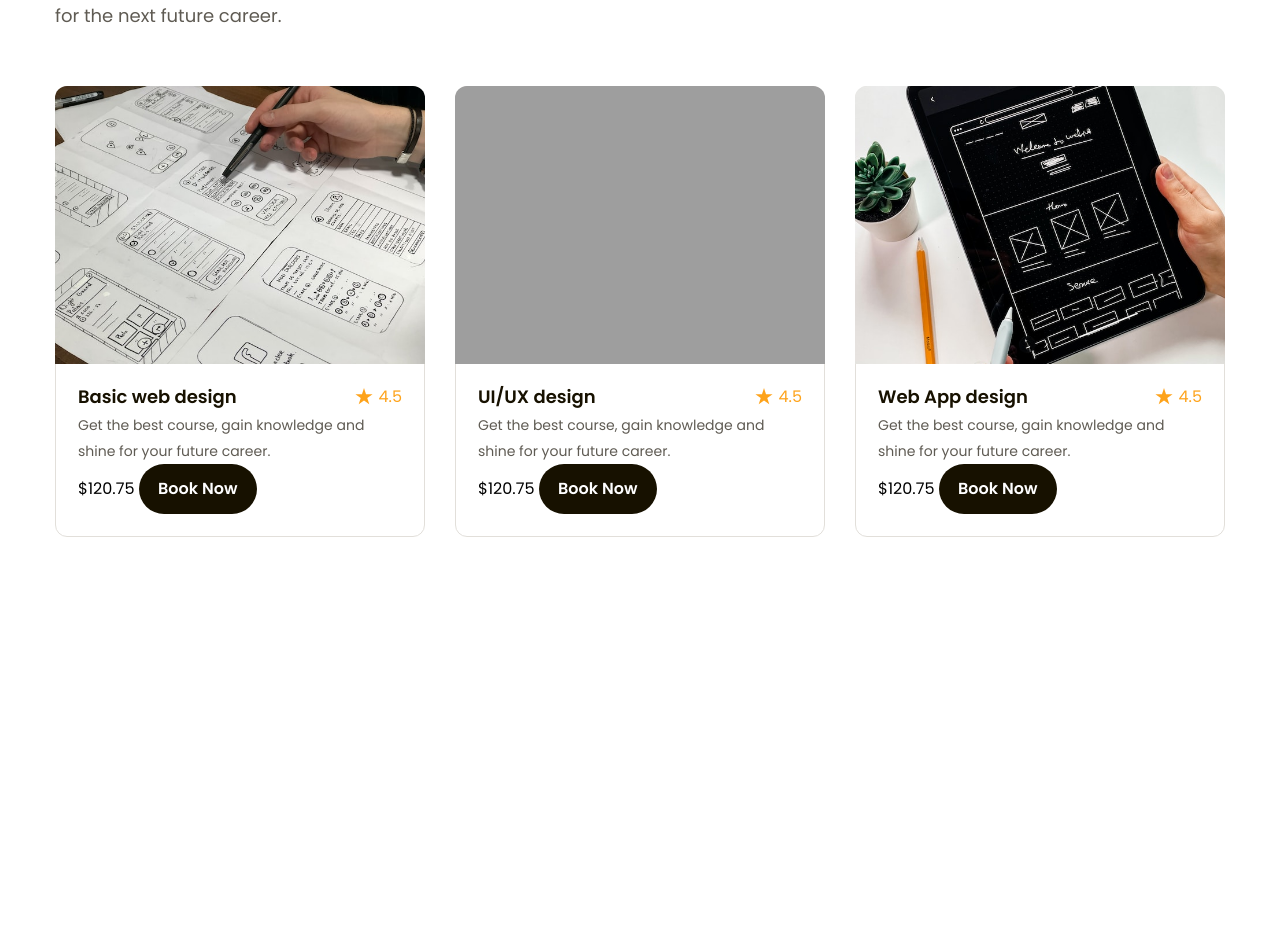
Repository: Tran-Dat/F8-Project-02
Page: index.html
The author's editor kept a copy of each file at every save. The page is drawn from the files as they stood at one save, then again after the next save.
The browser window is 1280 px wide. The pictures show the part of the page from y = 1193 to 2145 px (the page is 3000 px tall).
Pictures or frames that could not be fetched are drawn as grey boxes. A picture or video elsewhere on the page could not be fetched, so the positions and the page height are approximate.

Above is the page before, as saved 2023-03-30 18:42:23.

### index.html
<!DOCTYPE html>
<html lang="en">
    <head>
        <meta charset="UTF-8" />
        <meta http-equiv="X-UA-Compatible" content="IE=edge" />
        <meta name="viewport" content="width=device-width, initial-scale=1.0" />
        <title>F8 Project 02</title>
        <!-- reset css -->
        <link rel="stylesheet" href="assets/css/reset.css" />

        <!-- Font gg -->
        <link rel="preconnect" href="https://fonts.googleapis.com" />
        <link rel="preconnect" href="https://fonts.gstatic.com" crossorigin />
        <link
            href="https://fonts.googleapis.com/css2?family=Poppins:ital,wght@0,400;0,500;0,600;0,700;1,400&family=Sen:wght@700&display=swap"
            rel="stylesheet"
        />

        <!-- styles css -->
        <link rel="stylesheet" href="assets/css/styles.css" />
    </head>
    <body>
        <main style="height: 3000px">
            <!-- Header -->
            <header class="header fixed">
                <div class="main-content">
                    <div class="body">
                        <!-- Logo -->
                        <img
                            src="./assets/img/Logo-Lesson.svg"
                            alt="Lesseon"
                            class="logo"
                        />

                        <!-- Nav -->
                        <nav class="nav">
                            <ul>
                                <li class="active">
                                    <a href="#!">Home</a>
                                </li>
                                <li>
                                    <a href="#!">Courses</a>
                                </li>
                                <li>
                                    <a href="#!">Pricing</a>
                                </li>
                                <li>
                                    <a href="#!">Reviews</a>
                                </li>
                            </ul>
                        </nav>

                        <!-- ACtion -->
                        <div class="action">
                            <a href="#!" class="btn sign-up-btn">sign up</a>
                        </div>
                    </div>
                </div>
            </header>

            <!-- Hero -->
            <div class="hero">
                <div class="main-content">
                    <div class="body">
                        <!-- hero left -->
                        <div class="media-block">
                            <img
                                src="./assets/img/Hero-img.jpg"
                                alt="Learn without limits and spread knowledge."
                                class="img"
                            />

                            <div class="hero-summary">
                                <!-- Item 1 -->
                                <div class="item">
                                    <div class="icon">
                                        <img
                                            src="./assets/icon/list.svg"
                                            alt=""
                                        />
                                    </div>
                                    <div class="info">
                                        <p class="lable">20 Courses</p>
                                        <p class="title">UI/UX Design</p>
                                    </div>
                                </div>

                                <!-- Item 2 -->
                                <div class="item">
                                    <div class="icon">
                                        <img
                                            src="./assets/icon/code.svg"
                                            alt=""
                                        />
                                    </div>
                                    <div class="info">
                                        <p class="lable">20 Courses</p>
                                        <p class="title">Development</p>
                                    </div>
                                </div>

                                <!-- Item 3 -->
                                <div class="item">
                                    <div class="icon">
                                        <img
                                            src="./assets/icon/speaker.svg"
                                            alt=""
                                        />
                                    </div>
                                    <div class="info">
                                        <p class="lable">30 Courses</p>
                                        <p class="title">Marketing</p>
                                    </div>
                                </div>
                            </div>
                        </div>

                        <!-- hero right -->
                        <div class="content-block">
                            <h1 class="heading lv1">
                                Learn without limits and spread knowledge.
                            </h1>
                            <p class="desc">
                                Build new skills for that “this is my year”
                                feeling with courses, certificates, and degrees
                                from world-class universities and companies.
                            </p>
                            <div class="cta-group">
                                <a href="" class="btn hero-cta">See Courses</a>
                                <button class="watch-video">
                                    <div class="icon">
                                        <img
                                            src="./assets/icon/play.svg"
                                            alt=""
                                        />
                                    </div>
                                    <span>Watch Video</span>
                                </button>
                            </div>
                            <p class="desc">Recent engagement</p>
                            <p class="desc stats">
                                <strong>50K</strong> Students
                                <strong>70+</strong> Courses
                            </p>
                        </div>
                    </div>
                </div>
            </div>

            <!-- Popular -->
            <div class="popular">
                <div class="main-content">
                    <!-- Popular-top -->
                    <div class="popular-top">
                        <div class="info">
                            <h2 class="heading lv2">Our popular courses</h2>
                            <p class="desc">
                                Build new skills with new trendy courses and
                                shine for the next future career.
                            </p>
                        </div>
                        <div class="controls">
                            <button class="control-btn">
                                <svg
                                    width="8"
                                    height="14"
                                    viewBox="0 0 8 14"
                                    fill="none"
                                    xmlns="http://www.w3.org/2000/svg"
                                >
                                    <path
                                        d="M7 1L1 7L7 13"
                                        stroke="currentColor"
                                        stroke-linecap="round"
                                        stroke-linejoin="round"
                                    />
                                </svg>
                            </button>
                            <button class="control-btn">
                                <svg
                                    width="8"
                                    height="14"
                                    viewBox="0 0 8 14"
                                    fill="none"
                                    xmlns="http://www.w3.org/2000/svg"
                                >
                                    <path
                                        d="M1 1L7 7L1 13"
                                        stroke="currentColor"
                                        stroke-linecap="round"
                                        stroke-linejoin="round"
                                    />
                                </svg>
                            </button>
                        </div>
                    </div>

                    <!-- Course-bottom -->
                    <div class="course-list">
                        <!-- course-item 1 -->
                        <div class="course-item">
                            <img
                                src="./assets/img/course-1.jpg"
                                alt="Basic web design"
                                class="thumb"
                            />
                            <div class="info">
                                <!-- head-info-course -->
                                <div class="head">
                                    <h3 class="title">Basic web design</h3>
                                    <div class="rating">
                                        <img
                                            src="./assets/icon/Star.svg"
                                            alt="star"
                                            class="star"
                                        />
                                        <span class="value">4.5</span>
                                    </div>
                                </div>

                                <!-- p-info-course -->
                                <p class="desc">
                                    Get the best course, gain knowledge and
                                    shine for your future career.
                                </p>

                                <!-- foot-info-course -->
                                <div class="foot">
                                    <span class="price">$120.75</span>
                                    <div class="btn">Book Now</div>
                                </div>
                            </div>
                        </div>

                        <!-- course-item 2 -->
                        <div class="course-item">
                            <img
                                src="./assets/img/course-2.jpg"
                                alt="UI/UX design"
                                class="thumb"
                            />
                            <div class="info">
                                <!-- head-info-course -->
                                <div class="head">
                                    <h3 class="title">UI/UX design</h3>
                                    <div class="rating">
                                        <img
                                            src="./assets/icon/Star.svg"
                                            alt="star"
                                            class="star"
                                        />
                                        <span class="value">4.5</span>
                                    </div>
                                </div>

                                <!-- p-info-course -->
                                <p class="desc">
                                    Get the best course, gain knowledge and
                                    shine for your future career.
                                </p>

                                <!-- foot-info-course -->
                                <div class="foot">
                                    <span class="price">$120.75</span>
                                    <div class="btn">Book Now</div>
                                </div>
                            </div>
                        </div>

                        <!-- course-item 3 -->
                        <div class="course-item">
                            <img
                                src="./assets/img/course-3.jpg"
                                alt="Web App design"
                                class="thumb"
                            />
                            <div class="info">
                                <!-- head-info-course -->
                                <div class="head">
                                    <h3 class="title">Web App design</h3>
                                    <div class="rating">
                                        <img
                                            src="./assets/icon/Star.svg"
                                            alt="star"
                                            class="star"
                                        />
                                        <span class="value">4.5</span>
                                    </div>
                                </div>

                                <!-- p-info-course -->
                                <p class="desc">
                                    Get the best course, gain knowledge and
                                    shine for your future career.
                                </p>

                                <!-- foot-info-course -->
                                <div class="foot">
                                    <span class="price">$120.75</span>
                                    <div class="btn">Book Now</div>
                                </div>
                            </div>
                        </div>
                    </div>
                </div>
            </div>
        </main>
    </body>
</html>

### assets/css/styles.css
* {
    box-sizing: border-box;
}

:root {
    --primary-color: #ffb900;
    --font-heading: Sen, sans-serif;
}

html {
    font-size: 62.5%;
}

body {
    font-size: 1.6rem;
    font-family: "Poppins", sans-serif;
}

/*=================================================================== Common ===================================================================*/
a {
    text-decoration: none;
}

.heading {
    font-weight: 700;
    font-size: 5.8rem;
    color: #171100;
    font-family: var(--font-heading);
}

.heading.lv1 {
    line-height: 1.17;
    letter-spacing: -0.02em;
}

.heading.lv2 {
    font-size: 3.8rem;
    line-height: 1.26;
}

.btn {
    display: inline-block;
    min-width: 118px;
    padding: 0 16px;
    line-height: 50px;
    font-weight: 600;
    font-size: 1.6rem;
    text-align: center;
    color: #ffffff;
    background: #171100;
    border-radius: 999px;
}

.btn:hover {
    opacity: 0.8;
}

.main-content {
    width: 1170px;
    max-width: calc(100% - 48px);
    margin-left: auto;
    margin-right: auto;
}

/*=================================================================== Header =================================================================== */

.header {
    background: #fffcf4;
}

.header.fixed {
    position: sticky;
    top: -28px;
    z-index: 10;
}

.header .body {
    display: flex;
    align-items: center;
    padding: 36px 0 8px;
}

.nav {
    margin-left: auto;
}

.nav ul {
    display: flex;
}

.nav a {
    position: relative;
    padding: 8px 21px;
    font-size: 1.6rem;
    color: #5f5b53;
}

.nav a:hover,
.nav li.active a {
    /* font-weight: 600; */
    text-shadow: 1px 0 0 currentColor;
    color: #171100;
}

.nav li.active a::after {
    position: absolute;
    left: 21px;
    bottom: 6px;
    display: block;
    content: "";
    width: 12px;
    height: 2px;
    background: #171100;
    border-radius: 1px;
}

.header .sign-up-btn {
    min-width: 144px;
}

.header .action {
    margin-left: 49px;
}

/*=================================================================== Hero =================================================================== */
.hero {
    padding: 56px 0 65px;
    background: #fffcf4;
}

.hero .body {
    display: flex;
}

/* ========= Hero-left========== */

.hero .media-block {
    width: 48%;
    position: relative;
}

.hero .media-block .img {
    width: 470px;
    height: 685px;
    object-fit: cover;
    border-radius: 20px;
    display: block;
}

.hero-summary {
    position: absolute;
    right: 0;
    bottom: 48px;
    padding: 24px 58px 24px 24px;
    background: #ffffff;
    box-shadow: 0px 16px 32px rgba(0, 0, 0, 0.05);
    border-radius: 12px;
}

.hero-summary .item {
    display: flex;
    align-items: center;
}

.hero-summary .item + .item {
    margin-top: 22px;
}

.hero-summary .icon {
    width: 48px;
    height: 48px;
    border-radius: 50%;
    display: flex;
    align-items: center;
    justify-content: center;
    background: #fff9e8;
}

.hero-summary .item:nth-of-type(2) .icon {
    background: #fcefff;
}

.hero-summary .item:nth-of-type(3) .icon {
    background: #ebeaff;
}

.hero-summary .info {
    margin-left: 16px;
}

.hero-summary .lable {
    font-size: 1.4rem;
    line-height: 1.86;
    color: #5f5b53;
}

.hero-summary .title {
    font-weight: 600;
    font-size: 1.8rem;
    line-height: 1.67;
    color: #171100;
}

/* ========= Hero-right========== */

.hero .content-block {
    width: 52%;
    padding: 64px 0 0 130px;
}

.hero .desc {
    margin-top: 22px;
    font-size: 1.8rem;
    line-height: 1.67;
    color: #5f5b53;
}

.hero .cta-group {
    display: flex;
    align-items: center;
    margin: 38px 0 48px;
}

.hero-cta {
    min-width: 180px;
    line-height: 64px;
    background-color: var(--primary-color);
}

.hero .watch-video {
    align-items: center;
    display: flex;
    margin-left: 28px;
    border: none;
    background: #fffcf4;
    cursor: pointer;
}

.hero .watch-video .icon {
    display: flex;
    align-items: center;
    justify-content: center;
    width: 40px;
    height: 40px;
    border-radius: 50%;
    background: #ffffff;
    box-shadow: 0px 8px 16px rgba(0, 0, 0, 0.07);
}

.hero .watch-video span {
    font-weight: 600;
    margin-left: 14px;
    font-size: 1.8rem;
    line-height: 1.67;
    color: #171100;
}

.hero .stats {
    margin: 8px 0 0 -28px;
}

.hero .stats strong {
    padding: 0 8px 0 28px;
    font-weight: 700;
    font-size: 4.4rem;
    line-height: 1.23;
    font-family: var(--font-heading);
    color: #171100;
}

/*=================================================================== Popular =================================================================== */

.popular {
    padding-top: 200px;
}

.popular-top {
    display: flex;
    justify-content: space-between;
    align-items: center;
}

.popular-top .desc {
    margin-top: 16px;
    width: 458px;
    font-size: 1.8rem;
    line-height: 1.67;
    color: #5f5b53;
}

.popular-top .controls {
    display: flex;
    gap: 18px;
}

.popular-top .control-btn {
    display: flex;
    align-items: center;
    justify-content: center;
    width: 40px;
    height: 40px;
    color: var(--primary-color);
    border: 1px solid var(--primary-color);
    border-radius: 50%;
    background: transparent;
}

.popular-top .control-btn:hover {
    color: #fff;
    background-color: var(--primary-color);
    border: 1px solid var(--primary-color);
    cursor: pointer;
}

/* ========= course-list ========= */

.popular .course-list {
    margin-top: 55px;
    gap: 30px;
    display: flex;
}

.popular .course-item {
    flex: 1;
    background: #fff;
    border: 1px solid #e2dfda;
    border-radius: 12px;
}

.popular .course-item .thumb {
    margin: -1px;
    width: calc(100% + 2px);
    height: 278px;
    object-fit: cover;
    border-radius: 12px 12px 0px 0px;
}

.popular .course-item .info {
    padding: 16px 22px 22px;
}
.popular .course-item .rating,
.popular .course-item .head {
    display: flex;
    align-items: center;
    justify-content: space-between;
}

.popular .course-item .title {
    font-weight: 600;
    font-size: 1.8rem;
    line-height: 1.67;
    color: #171100;
}

.popular .rating .value {
    margin-left: 6px;
    font-weight: 400;
    font-size: 1.6rem;
    line-height: 1.75;
    color: #fea31b;
}

.popular .course-item .desc {
    font-weight: 400;
    font-size: 1.4rem;
    line-height: 1.86;
    color: #5f5b53;
}

Loaded but not shown: assets/css/reset.css (common file)

After the next save:
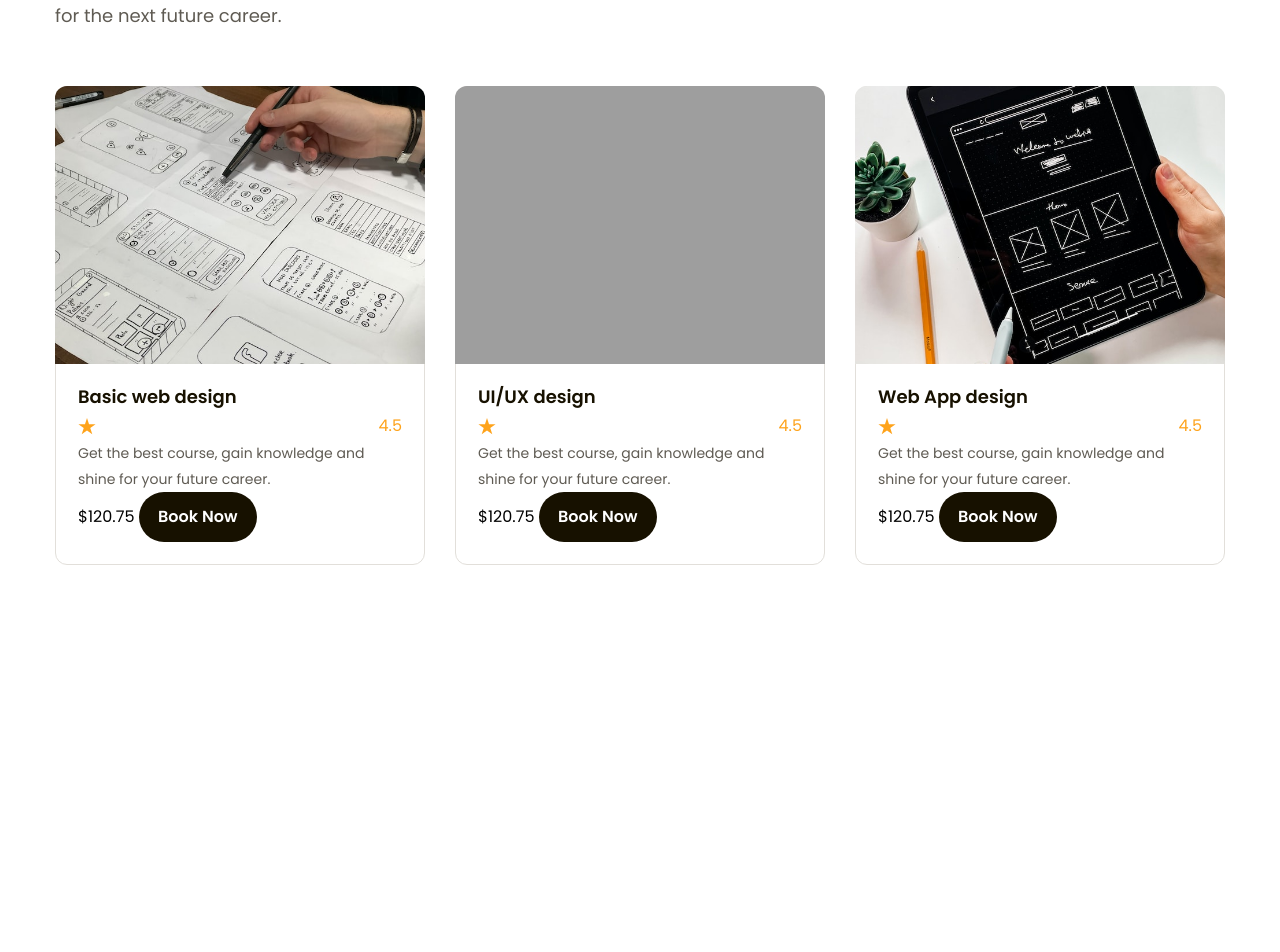
Saved 35 s later.
--- a/assets/css/styles.css
+++ b/assets/css/styles.css
@@ -339,7 +339,7 @@ a {
     padding: 16px 22px 22px;
 }
 .popular .course-item .rating,
-.popular .course-item .head {
+.popular .course-item .foot .popular .course-item .head {
     display: flex;
     align-items: center;
     justify-content: space-between;
